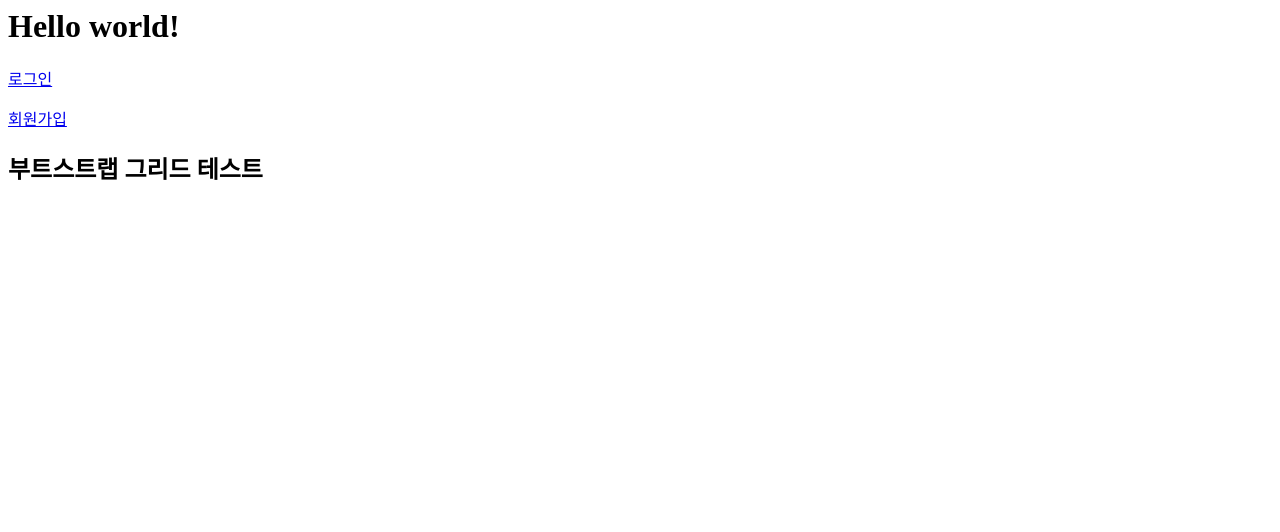
Repository: jinkstudy/Jeju_Project
Page: http://localhost/jeju_test/
The author's editor kept a copy of each file at every save. The page is drawn from the files as they stood at one save, then again after the next save.
The browser window is 1280 px wide. The pictures show the whole page.
The page is served by Tomcat 9.

Above is the page before, as saved 2019-07-13 06:40:04.

After the next save:
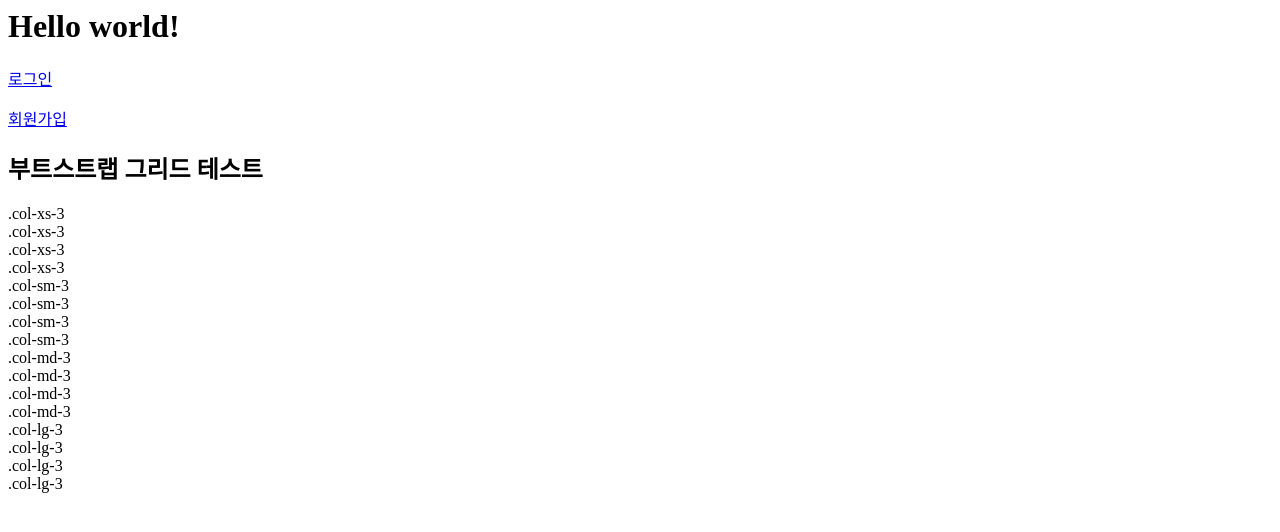
Saved 2 min 2 s later.
--- a/jeju_test/src/main/webapp/index.jsp
+++ b/jeju_test/src/main/webapp/index.jsp
@@ -14,6 +14,35 @@
 <p> <a href='user/userJoin.do'>회원가입</a></p>
 
 <h2> 부트스트랩 그리드 테스트 </h2>
+<div class="container-fluid" >
+	<div class="row">
+		<div class="col-xs-3">.col-xs-3</div>
+		<div class="col-xs-3">.col-xs-3</div>
+		<div class="col-xs-3">.col-xs-3</div>
+		<div class="col-xs-3">.col-xs-3</div>
+	</div>
+
+	<div class="row">
+		<div class="col-sm-3">.col-sm-3</div>
+		<div class="col-sm-3">.col-sm-3</div>
+		<div class="col-sm-3">.col-sm-3</div>
+		<div class="col-sm-3">.col-sm-3</div>
+	</div>
+
+	<div class="row">
+		<div class="col-md-3">.col-md-3</div>
+		<div class="col-md-3">.col-md-3</div>
+		<div class="col-md-3">.col-md-3</div>
+		<div class="col-md-3">.col-md-3</div>
+	</div>
+
+	<div class="row">
+		<div class="col-lg-3">.col-lg-3</div>
+		<div class="col-lg-3">.col-lg-3</div>
+		<div class="col-lg-3">.col-lg-3</div>
+		<div class="col-lg-3">.col-lg-3</div>
+	</div>
+</div>
 
 
 </body>
